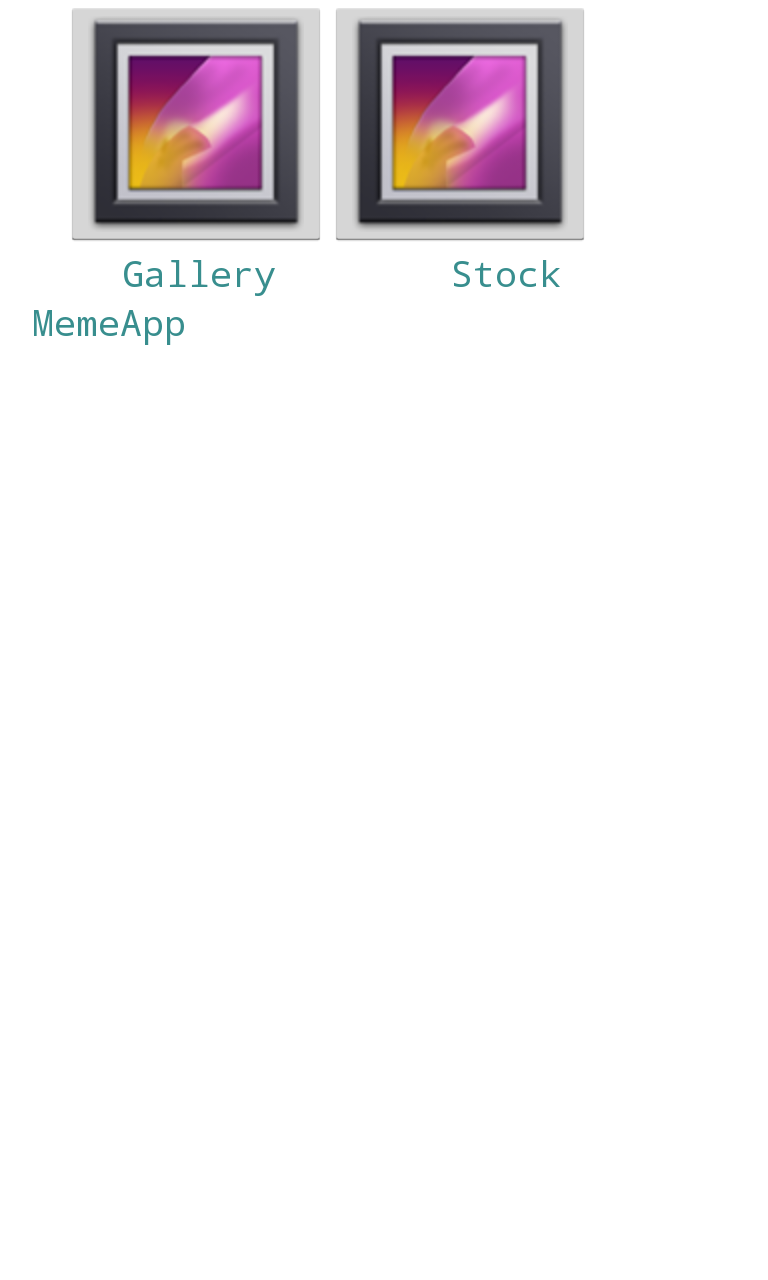
Repository: njb26/3093_Software_Engineering_2013
Layout: app/workspace/MemeApp/res/layout/activity_selection.xml
The author's editor kept a copy of each file at every save. The layout is drawn from the files as they stood at one save, then again after the next save.
It is drawn on a 768 x 1280 px phone screen (xhdpi) without system bars, with theme AppTheme; the app's code is not run.

Above is the layout before, as saved 2013-05-23 21:40:32.

### app/workspace/MemeApp/res/layout/activity_selection.xml
<LinearLayout xmlns:android="http://schemas.android.com/apk/res/android"
    android:layout_width="wrap_content"
    android:layout_height="fill_parent"
    android:paddingLeft="16dp"
    android:paddingRight="16dp"
    android:orientation="vertical">

    <LinearLayout
        android:layout_width="wrap_content"
        android:layout_height="wrap_content"
        android:orientation="horizontal"
        android:paddingLeft="16dp"
        android:paddingRight="16dp" >

        <ImageButton
        android:contentDescription="@string/gallery"
        android:layout_width="wrap_content"
        android:layout_height="wrap_content"
        android:layout_gravity="center"
        android:src="@drawable/gallery_image" />
    	<ImageButton
    	android:contentDescription="@string/stock"
        android:layout_width="wrap_content"
        android:layout_height="wrap_content"
        android:layout_gravity="center"
        android:src="@drawable/gallery_image"/>
   		</LinearLayout>

     <LinearLayout
   	    android:layout_width="match_parent"
    	android:layout_height="wrap_content"
    	android:paddingLeft="45dp"
    	android:paddingRight="0dp"
    	android:orientation="horizontal">
    	<TextView
        style="@style/StandardFont"
        android:layout_weight="1"
        android:text="@string/gallery" />
    	<TextView
        style="@style/StandardFont"
        android:layout_weight="1"

        android:text="@string/stock" />
   	</LinearLayout>

      <TextView
        android:id="@+id/tv"
        style="@style/StandardFont"
     	android:gravity="center_horizontal"
        android:text="@string/title" />

</LinearLayout>

### app/workspace/MemeApp/res/values/styles.xml
<resources xmlns:android="http://schemas.android.com/apk/res/android">

    <!--
        Base application theme, dependent on API level. This theme is replaced
        by AppBaseTheme from res/values-vXX/styles.xml on newer devices.
    -->
    <style name="AppBaseTheme" parent="android:Theme.Light">
        <!--
            Theme customizations available in newer API levels can go in
            res/values-vXX/styles.xml, while customizations related to
            backward-compatibility can go here.
        -->
    </style>

    <!-- Application theme. -->
    <style name="AppTheme" parent="AppBaseTheme">
        <!-- All customizations that are NOT specific to a particular API-level can go here. -->
    </style>
    <style name="StandardFont" parent="@android:style/TextAppearance.Medium">
        <item name="android:layout_width">wrap_content</item>
    	<item name="android:layout_height">wrap_content</item>
    	<item name="android:textColor">#388E8E</item>
		<item name="android:typeface">monospace</item>
    </style>
</resources>

### app/workspace/MemeApp/res/values/strings.xml
<?xml version="1.0" encoding="utf-8"?>
<resources>

    <string name="app_name">MemeApp</string>
    <string name="action_settings">Settings</string>

    <string name="title_activity_selection">SelectionActivity</string>
    <string name="gallery">       Gallery</string>
    <string name="stock">       Stock</string>
    <string name="title">MemeApp</string>

    <string name="take">Take a Photo</string>
    <string name="grab">Grab a Photo</string>


</resources>

Loaded but not shown: app/workspace/MemeApp/res/values-v11/styles.xml (common file); app/workspace/MemeApp/res/values-v14/styles.xml (common file)

After the next save:
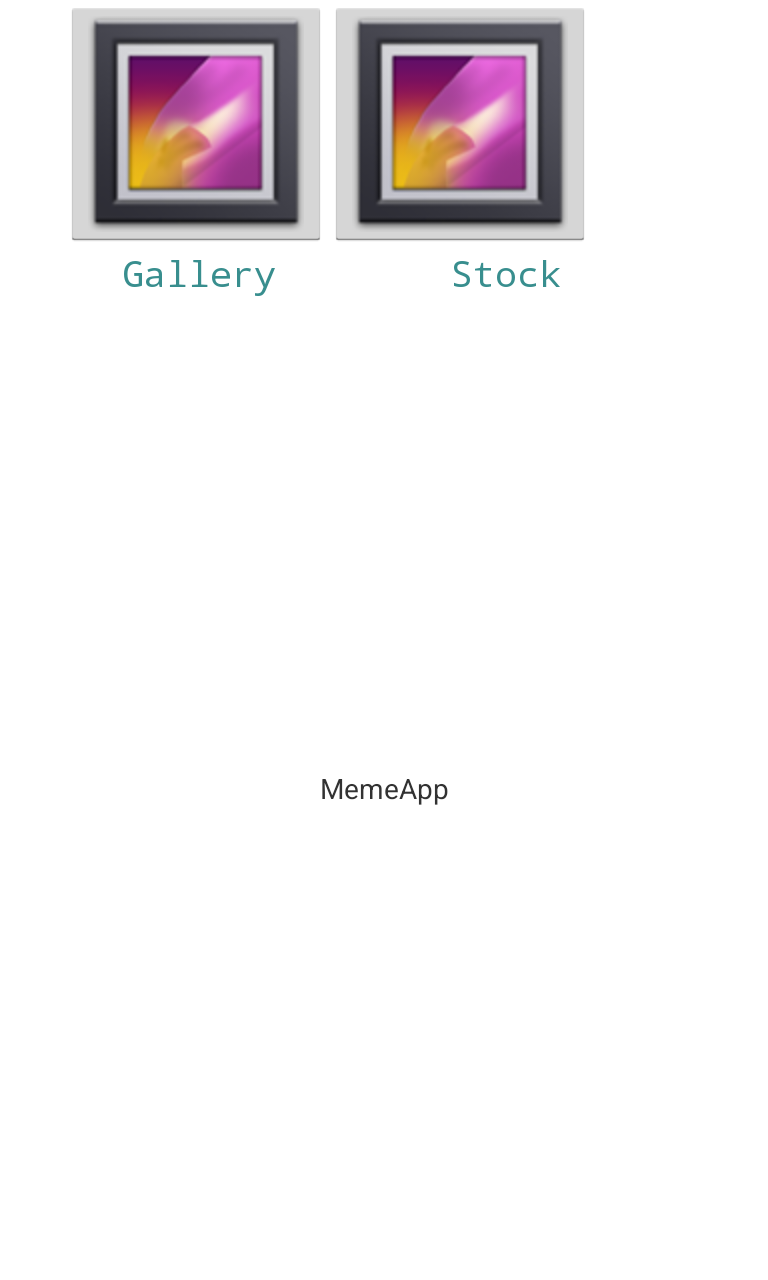
Saved 2 min 19 s later.
--- a/app/workspace/MemeApp/res/layout/activity_selection.xml
+++ b/app/workspace/MemeApp/res/layout/activity_selection.xml
@@ -45,8 +45,9 @@
 
       <TextView
         android:id="@+id/tv"
-        style="@style/StandardFont"
-     	android:gravity="center_horizontal"
+        android:layout_width="fill_parent"
+   		android:layout_height="fill_parent"
+     	android:gravity="center"
         android:text="@string/title" />
 
 </LinearLayout>
